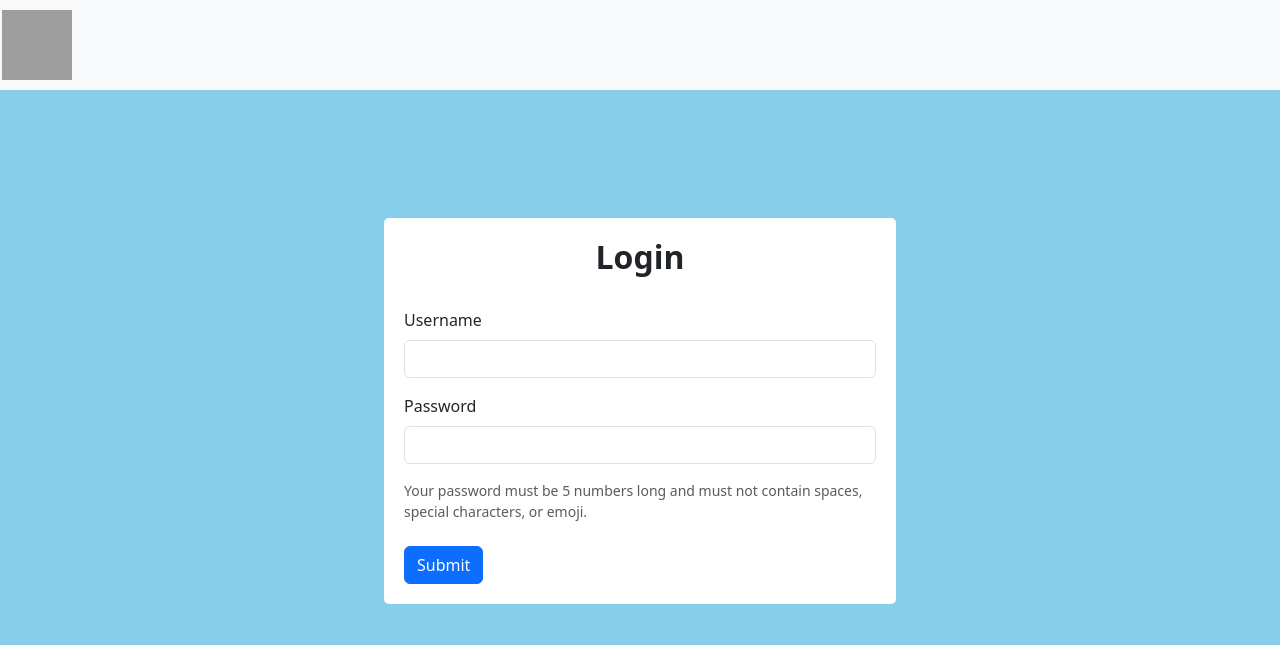
Repository: sarathraj2002/todo-list
Page: login.html
These files come from the project's save history. The page is drawn as it stood at one moment and after a run of saves; the edit follows.
The browser window is 1280 px wide. The pictures show the whole page.
Pictures or frames that could not be fetched are drawn as grey boxes.

Above is the page before, as saved 2024-09-05 11:51:36.

### login.html
<!DOCTYPE html>
<html lang="en">
<head>
    <meta charset="UTF-8">
    <meta name="viewport" content="width=device-width, initial-scale=1.0">
    <title>login</title>
    <link rel="stylesheet" href="bootstrap.min.css">
    <link rel="stylesheet" href="style.css">
</head>
<body>

    <nav class="navbar navbar-expand-lg bg-body-tertiary">
        <div class="container-fluid">
            <img src="https://play-lh.googleusercontent.com/92xIZAW-mdwucFX1v8kyTXlLVgZfLczHv8XCVOH1tFc0M3cTRI4q9qJLUM96PqCrgWjc" height="70px" width="70px">
          <a class="navbar-brand" href="#"></a>
          <button class="navbar-toggler" type="button" data-bs-toggle="collapse" data-bs-target="#navbarNav" aria-controls="navbarNav" aria-expanded="false" aria-label="Toggle navigation">
            <span class="navbar-toggler-icon"></span>
          </button>

        </div>
      </nav>

    <form class="form">
        <h2 style="text-align: center;"><b>Login</b></h2>
        <br>
        <div class="mb-3">
          <label for="exampleInputUsername1" class="form-label">Username</label>
          <input type="test" class="form-control" id="username" >

        </div>
        <div class="mb-3 ">
          <label for="exampleInputPassword1" class="form-label">Password</label>
          <input type="password" class="form-control" id="password">
        </div>
        <div id="passwordHelpBlock" class="form-text">
            Your password must be 5 numbers long and must not contain spaces, special characters, or emoji.
          </div>
          <br>

        <button type="submit" class="btn btn-primary">Submit</button>
      </form>

    <script src="script.js"></script>
</body>
</html>

### style.css
body{
    background-color: skyblue;
    background-size: cover;
}
/* .container{
    height: 100px;
    padding-top: 10%;
border-color: black;
border: 1px; */

.form{
    height: 100%;
    width: 40%;
    padding: 20px;
    /* border-color: black; */
border: 1px;
    margin-left: 30%;
    border-radius: 5px;
    background-color: white;
    margin-top: 10%;


}
.container-fluid{
    width: 100%;
    padding: 2px;
}

Loaded but not shown: bootstrap.min.css (library); script.js (no stored copy; drawn as an empty file)

After the next 4 saves:
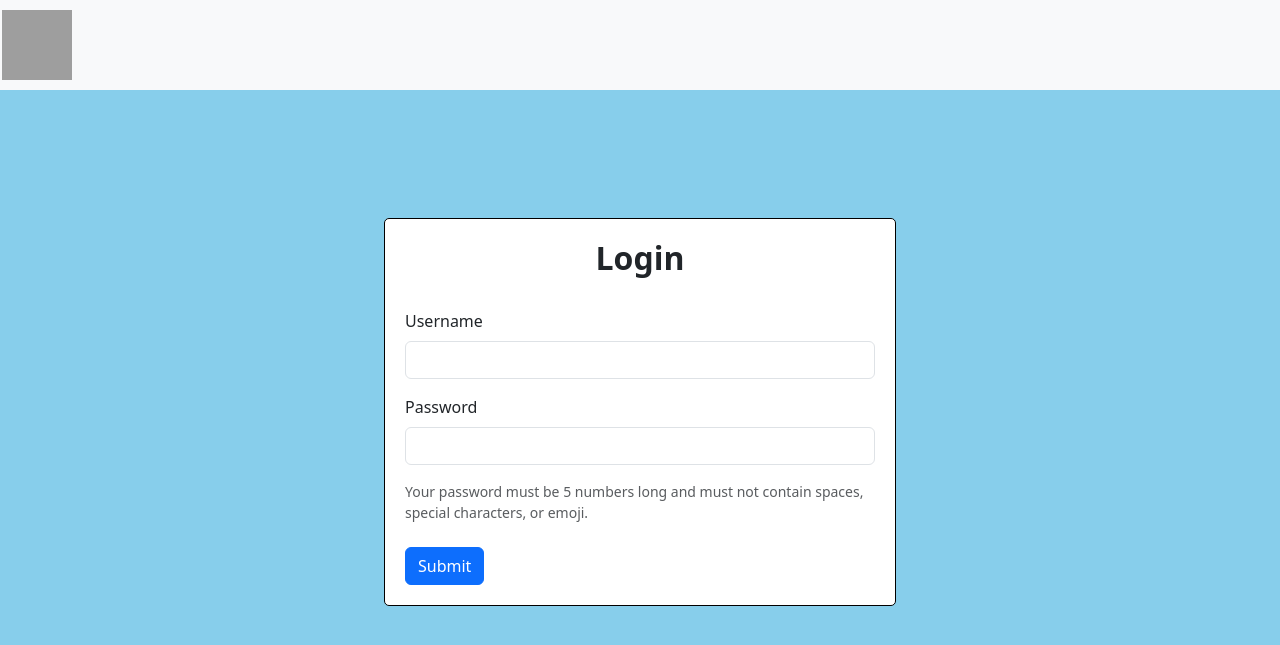
The 4 saves are shown as one change because they came seconds apart.
The last was saved 16 s later.
--- a/style.css
+++ b/style.css
@@ -13,7 +13,7 @@ border: 1px; */
     width: 40%;
     padding: 20px;
     /* border-color: black; */
-border: 1px;
+border: 1px solid black;
     margin-left: 30%;
     border-radius: 5px;
     background-color: white;
